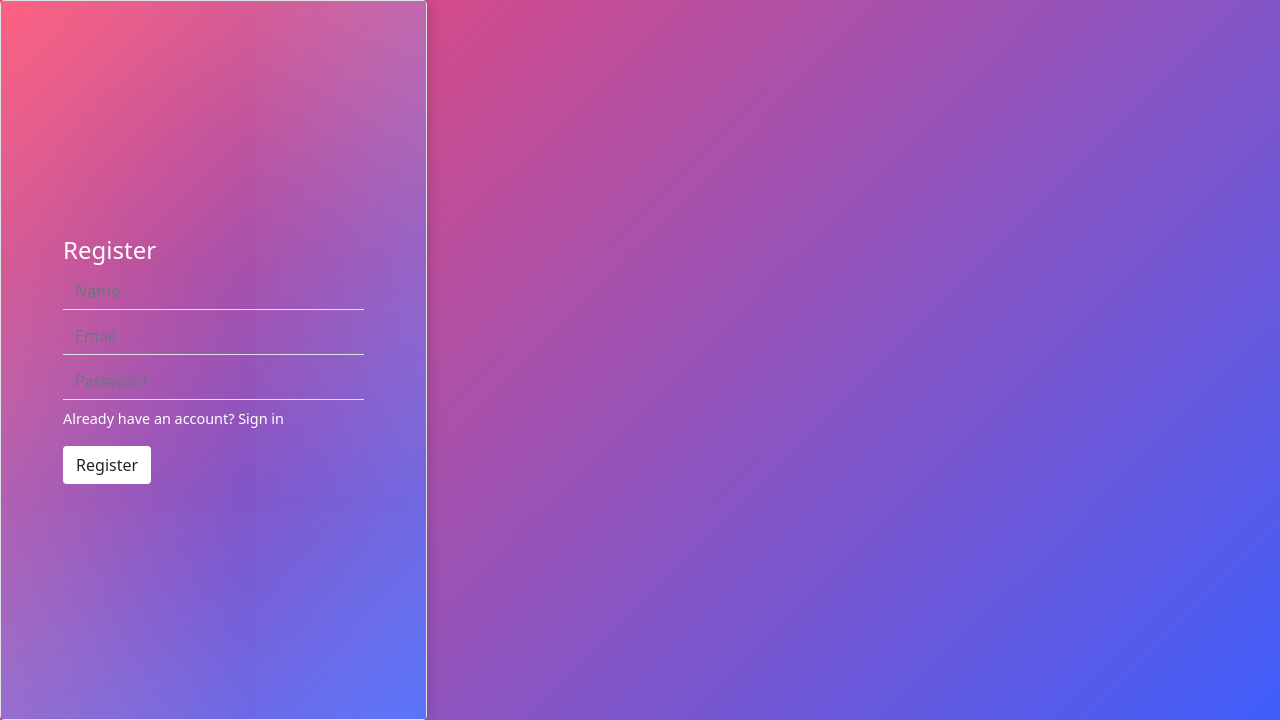
Repository: SaudCh/React-login
Page: /register
The author's editor kept a copy of each file at every save. The page is drawn from the files as they stood at one save, then again after the next save.
The browser window is 1280 px wide. The pictures show the whole page.
The project was rebuilt for these pictures with package versions that can differ from the ones it lists, and the page was loaded fresh each time. Also part of the build but not shown: src/Components/Login/logincss.js, src/Components/Login/loginValidation.js, src/Components/Login/Login.jsx, src/Components/Home/Home.jsx.

Above is the page before, as saved 2022-02-06 12:00:16.

### src/App.js
import Login from './Components/Login/Login';
import Register from './Components/Register/Register'
import '../node_modules/bootstrap/dist/css/bootstrap.min.css'
import { Routes, Route } from 'react-router-dom'
import Home from './Components/Home/Home';

function App() {
  return (
    <Routes>
      <Route path="login" element={<Login />} />
      <Route path="register" element={<Register />} />
      <Route path="/" element={<Home />} />
      <Route path="*" element={<Register />} />
    </Routes >
  );
}

export default App;

### src/Components/Register/Register.jsx
import React, { useState } from "react";
import "./Register.css";
import { formStyle } from "./RegsiterCss";
import axios from "axios";
import { registrationValidation } from "./RegisterValidation";

export default function Register() {
  const [name, setName] = useState();
  const [email, setEmail] = useState();
  const [password, setPassword] = useState();
  const [error, setError] = useState("");

  const formSubmit = (e) => {
    setError("");
    e.preventDefault();
    const data = {
      name: name,
      email: email,
      password: password,
    };

    const errors = registrationValidation(data);

    console.log(Object.keys(errors).length);

    if (Object.keys(errors).length !== 0) {
      setError(errors);
      return;
    }

    axios
      .post("http://localhost:5000/api/user/register", data)
      .then(function (response) {
        console.log(response);
      })
      .catch(function (error) {
        let err;
        if (error.response) {
          err = error.response.data.message;
        } else if (error.request) {
          err = error.toJSON().message;
        } else {
          err = error.message;
        }
        setError({ api: err });
      });
  };

  return (
    <div>
      <div className="container-fluid">
        <div className="row background-image">
          <div className="col-10 col-md-4 background-text border rounded">
            <form onSubmit={formSubmit} className="col-9">
              {error.api && <p className="text-danger p-0 m-0">{error.api}</p>}
              <div className="my-2">
                <h4 className="text-white">Register </h4>
              </div>
              <div className="my-2">
                <input
                  type="text"
                  style={formStyle}
                  value={name}
                  onChange={(name) => setName(name.target.value)}
                  className="form-control border-bottom hlo"
                  id="name"
                  placeholder="Name"
                />
                {error.name && (
                  <p className="text-danger p-0 m-0">{error.name}</p>
                )}
              </div>
              <div className="form-group my-2">
                <input
                  style={formStyle}
                  value={email}
                  onChange={(email) => setEmail(email.target.value)}
                  type="email"
                  class="form-control border-bottom"
                  id="email"
                  placeholder="Email"
                />
                {error.email && (
                  <p className="text-danger p-0 m-0">{error.email}</p>
                )}
              </div>
              <div className="form-group my-2">
                <input
                  style={formStyle}
                  value={password}
                  onChange={(password) => setPassword(password.target.value)}
                  type="password"
                  class="form-control border-bottom"
                  id="password"
                  placeholder="Password"
                />
                {error.password && (
                  <p className="text-danger p-0 m-0">{error.password}</p>
                )}
              </div>
              <div className="my-2">
                <div>
                  <p className="text-white" style={{ fontSize: "0.9rem" }}>
                    Already have an account? <span>Sign in</span>
                  </p>
                </div>
                <button className="btn" style={{ backgroundColor: "white" }}>
                  Register
                </button>
              </div>
            </form>
          </div>
        </div>
      </div>
    </div>
  );
}

### src/Components/Login/Login.css
:root {
  --primary: #fc466b;
  --secondary: #3f5efb;
}
.background-image {
  height: 100vh;
  width: 100vw;

  background: linear-gradient(135deg, var(--primary), var(--secondary)),
    url("../Images/back.jpg") no-repeat center center / cover;
}

.background-text {
  padding: 20px 0px;
  display: flex;
  justify-content: center;
  align-items: center;

  box-shadow: 0 0 1rem 0 rgba(0, 0, 0, 0.2);
  position: relative;
  background: inherit;
  z-index: 1;
}
.background-text::before {
  content: "";
  position: absolute;
  background: inherit;
  top: 0;
  bottom: 0;
  left: 0;
  right: 0;
  box-shadow: inset 0 0 2000px rgba(255, 255, 255, 0.3);
  /* filter: blur(1px); */
  z-index: -1;
}

input:hover,
input:active,
input:focus,
input:-webkit-autofill {
  outline: 0px !important;
  -webkit-appearance: none;
  box-shadow: none !important;
}
input:-webkit-autofill,
input:-webkit-autofill:focus {
  transition: background-color 600000s 0s, color 600000s 0s;
}

### src/Components/Register/Register.css
/* .background-image {
  background-image: linear-gradient(rgba(0, 0, 0, 0.2), rgba(0, 0, 0, 0.2)),
    url("../Images/back.jpg");
  background-position: center;
  background-repeat: no-repeat;
  background-size: cover;

  height: 100vh;
  justify-content: center;
  align-items: center;

  position: relative;
  z-index: 1;
}
.background-image::before {
  content: "";
  position: absolute;
  background: inherit;
  top: 0;
  bottom: 0;
  left: 0;
  right: 0;
  filter: blur(1px);
  z-index: -1;
} */

.background-text {
  padding: 20px 0px;
  display: flex;
  justify-content: center;
  align-items: center;

  box-shadow: 0 0 1rem 0 rgba(0, 0, 0, 0.2);
  position: relative;
  background: inherit;
  z-index: 1;
}
.background-text::before {
  content: "";
  position: absolute;
  background: inherit;
  top: 0;
  bottom: 0;
  left: 0;
  right: 0;
  box-shadow: inset 0 0 2000px rgba(255, 255, 255, 0.3);
  /* filter: blur(1px); */
  z-index: -1;
}

input:hover,
input:active,
input:focus,
input:-webkit-autofill {
  outline: 0px !important;
  -webkit-appearance: none;
  box-shadow: none !important;
}
input:-webkit-autofill,
input:-webkit-autofill:focus {
  transition: background-color 600000s 0s, color 600000s 0s;
}

### src/Components/Register/RegsiterCss.js
export const formStyle = {
    backgroundColor: "transparent",
    color: "white",
    border: "none",
    borderRadius: 0,
};

### src/Components/Register/RegisterValidation.js
export const registrationValidation = (data) => {
    let errors = {};

    if (!data.name) {
        errors.name = "Name is Required."
    }
    if (!data.email) {
        errors.email = "Email Is Required."
    }
    else if (!/\S+@\S+\.\S+/.test(data.email)) {
        errors.email = "Invalid Email"
    }
    if (!data.password) {
        errors.password = "Password is required."
    }
    else if (data.password.length < 6) {
        errors.password = "Password Must be more than Six Characters"
    }
    return errors;

}

Loaded but not shown: public/index.html (common file); src/index.js (common file); src/index.css (common file); src/reportWebVitals.js (common file)

After the next save:
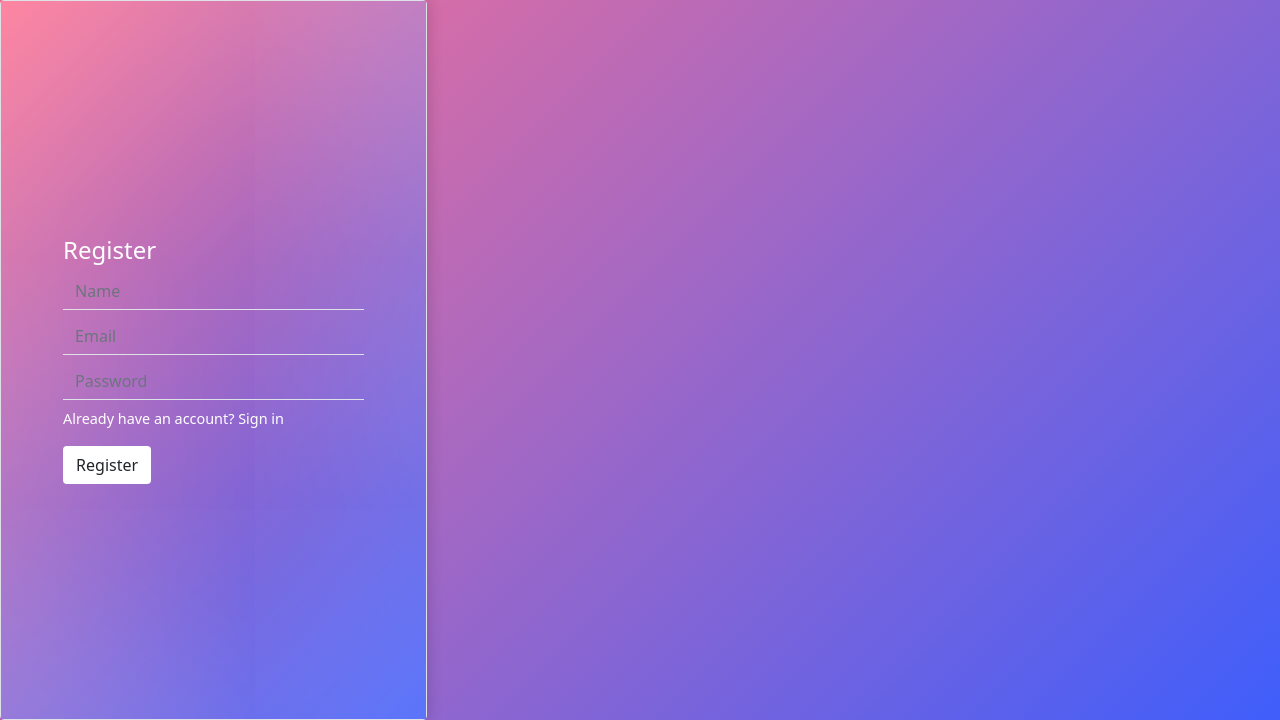
Saved 101 s later.
--- a/src/Components/Login/Login.css
+++ b/src/Components/Login/Login.css
@@ -1,5 +1,5 @@
 :root {
-  --primary: #fc466b;
+  --primary: #FE7191;
   --secondary: #3f5efb;
 }
 .background-image {
